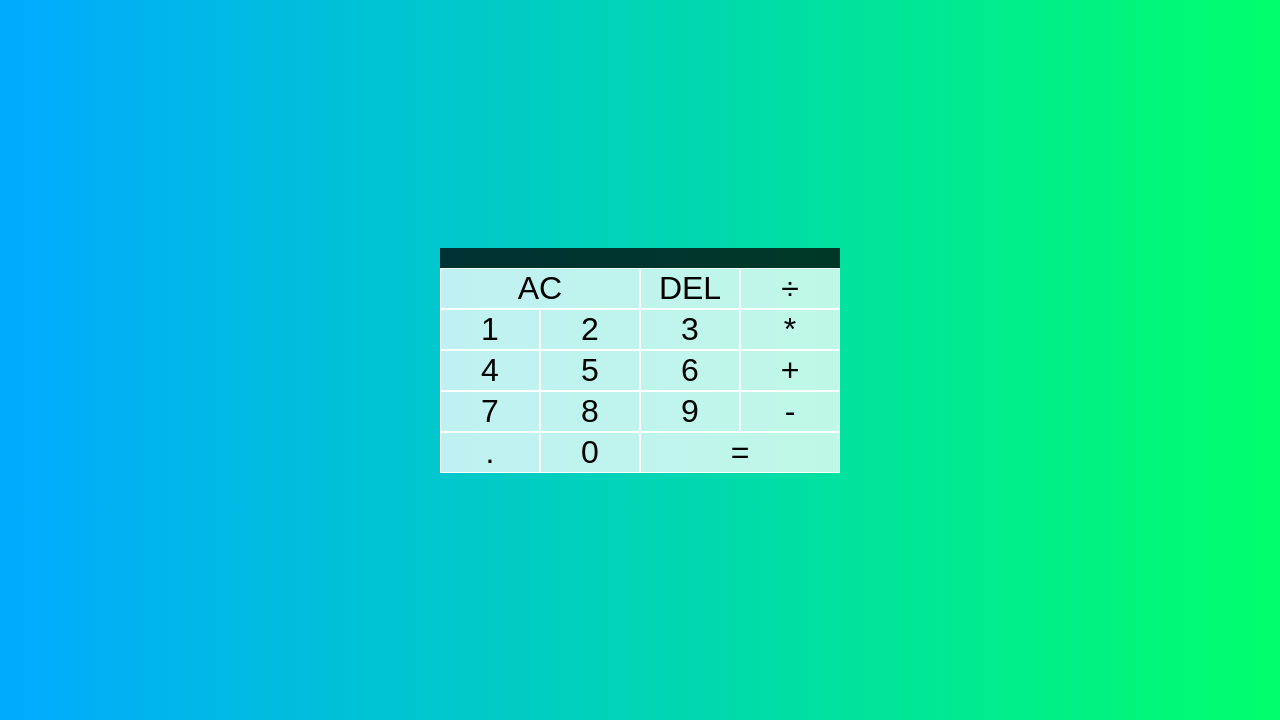
Repository: weazzyefff/Calculator-YT-Tutorial-
Page: index.html
These files come from the project's save history. The page is drawn as it stood at one moment and after the next save; the edit follows.
The browser window is 1280 px wide. The pictures show the whole page.

Above is the page before, as saved 2022-12-23 13:53:56.

### index.html
<!DOCTYPE html>
<html>
<head>
	<meta charset="utf-8">
	<meta name="viewport" content="width=device-width, initial-scale=1">
	<title>Calculator App</title>
    <link rel="stylesheet" href="styles.css">
    <script src="script.js" defer></script>
</head>
<body>
    <div class="calculator-grid">
    <div class="output">
        <div class="previous-operand"></div>
        <div class="current-operand"></div>
    </div>
    <button class="span-two">AC</button>
    <button>DEL</button>
    <button>÷</button>
    <button>1</button>
    <button>2</button>
    <button>3</button>
    <button>*</button>
    <button>4</button>
    <button>5</button>
    <button>6</button>
    <button>+</button>
    <button>7</button>
    <button>8</button>
    <button>9</button>
    <button>-</button>
    <button>.</button>
    <button>0</button>
    <button class="span-two">=</button>
    </div>

</body>
</html>

### styles.css
*, *::before, *::after {
    box-sizing: border-box;
    font-family: Gotham Rounded, sans-serif;
    font-weight: normal;
}

body {
    padding: 0;
    margin: 0;
    background: linear-gradient(to right, #00AAFF, #00FF6C);
}

.calculator-grid {
    display: grid;
    justify-content: center;
    align-content: center;
    min-height: 100vh;
    grid-template-columns: repeat(4,100px);
    grid-template-rows: minmax(120px, auto) repeat((5, 100px));
}

.calculator-grid > button {
    cursor: pointer;
    font-size: 2rem;
    border: 1px solid white;
    outline: none;
    background-color: rgba(255,255,255, .75);
}

.calculator-grid > button:hover {
    background-color:rgba(255,255,255, .9);
}

.span-two {
    grid-column: span 2;
}

.output  {
    grid-column: 1 / -1;
    background-color: rgba(0,0,0, .75);
    display: flex;
    align-items: flex-end;
    justify-content: space-around;
    flex-direction: column;
    padding: 10px;
    word-wrap: break-word;
    word-break: break-all;
}

.output .previous-operand {
    color: rgba(255,255,255, .75);
    font-size: 1.5rem;
}
.output .current-operand {
    color: white;
    font-size: 2.5rem;
}

Loaded but not shown: script.js (no stored copy; drawn as an empty file)

After the next save:
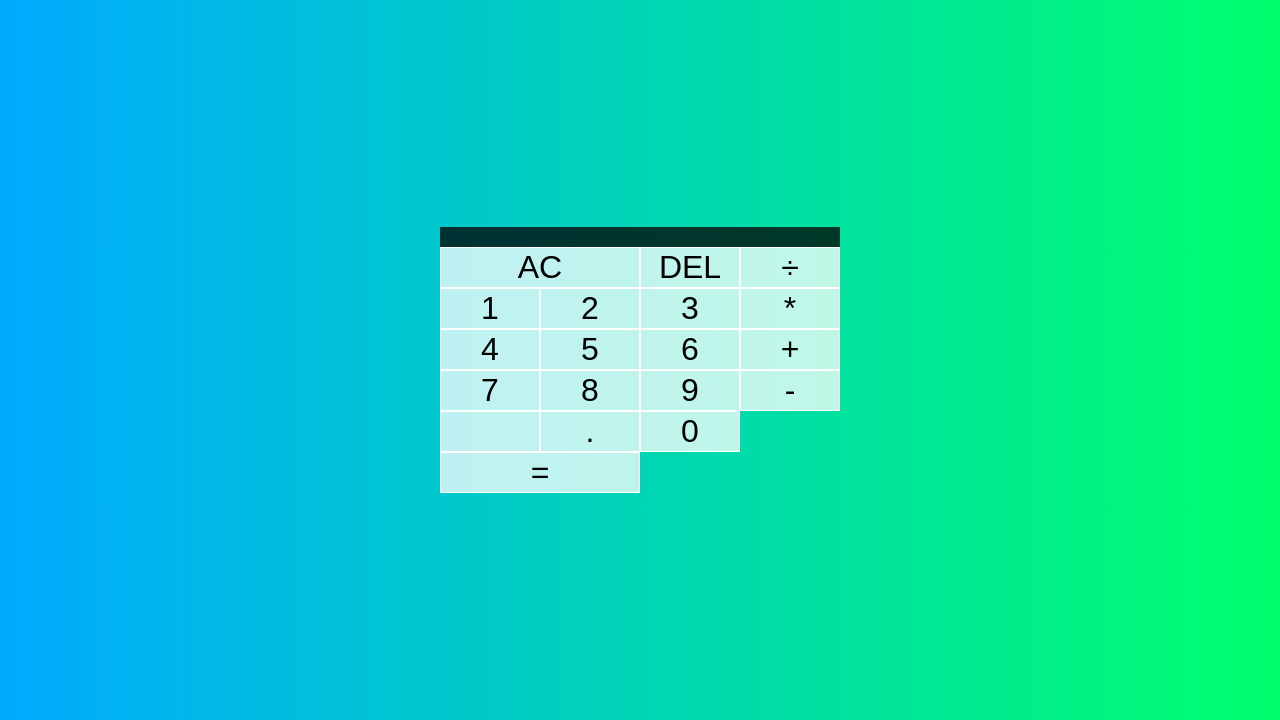
Saved 9 min 48 s later.
--- a/index.html
+++ b/index.html
@@ -13,24 +13,24 @@
         <div class="previous-operand"></div>
         <div class="current-operand"></div>
     </div>
-    <button class="span-two">AC</button>
-    <button>DEL</button>
-    <button>÷</button>
-    <button>1</button>
-    <button>2</button>
-    <button>3</button>
-    <button>*</button>
-    <button>4</button>
-    <button>5</button>
-    <button>6</button>
-    <button>+</button>
-    <button>7</button>
-    <button>8</button>
-    <button>9</button>
-    <button>-</button>
-    <button>.</button>
-    <button>0</button>
-    <button class="span-two">=</button>
+    <button data-all-clear class="span-two">AC</button>
+    <button data-delete>DEL</button>
+    <button data-operation>÷</button>
+    <button data-number>1</button>
+    <button data-number>2</button>
+    <button data-number>3</button>
+    <button data-operation>*</button>
+    <button data-number>4</button>
+    <button data-number>5</button>
+    <button data-number>6</button>
+    <button data-operation>+</button>
+    <button data-number>7</button>
+    <button data-number>8</button>
+    <button data-number>9</button>
+    <button data-operation>-<button>
+    <button data-number>.</button>
+    <button data-number>0</button>
+    <button data-equals class="span-two">=</button>
     </div>
 
 </body>
